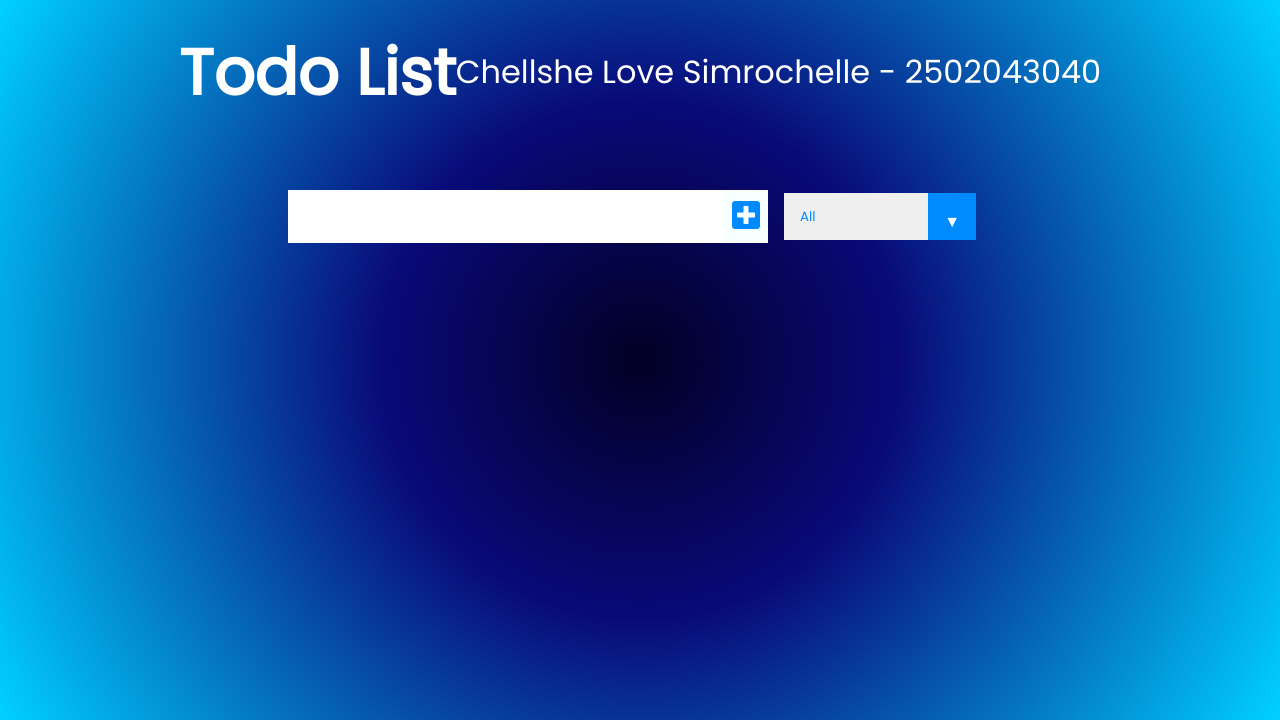
Repository: chellshelove/WADS_Assignment_TodoApp
Page: /
The author's editor kept a copy of each file at every save. The page is drawn from the files as they stood at one save, then again after the next save.
The browser window is 1280 px wide. The pictures show the whole page.
Some web libraries are served in a nearby version. The project was rebuilt for these pictures with package versions that can differ from the ones it lists, and the page was loaded fresh each time. Also part of the build but not shown: src/components/Todo.js.

Above is the page before, as saved 2023-03-09 23:50:33.

### src/App.js
import React, {useState, useEffect} from 'react';
import './App.css';
//importing components
import Form from './components/Form';
import TodoList from './components/TodoList';

function App() {
  const [inputText, setInputText] = useState("");
  const [todos, setTodos] = useState([]);
  const [status, setStatus] = useState("all");
  const [filteredTodos, setFilteredTodos] = useState([]);


  useEffect(() => {
    filterHandler();
    saveLocalTodos();
  }, [todos, status]);

  const filterHandler = () => {
    switch(status){
      case 'completed' :
        setFilteredTodos(todos.filter(todo => todo.completed === true));
        break;
        case 'uncompleted' :
          setFilteredTodos(todos.filter(todo => todo.completed === false));
          break;
          default:
            setFilteredTodos(todos);
            break;
    }
  };

  const saveLocalTodos = () => {
      localStorage.setItem("todos", JSON.stringify("todos"));
  };

  return (
    <div className="todo-app">
      <header>
        <h1>Todo List</h1>
        <p>Chellshe Love Simrochelle - 2502043040</p>
      </header>

      <Form
      inputText={inputText}
      todos={todos}
      setTodos={setTodos}
      setInputText={setInputText}
      setStatus={setStatus}/>
      <TodoList  filteredTodos={filteredTodos} setTodos={setTodos} todos={todos}/>
    </div>
  );
}

export default App;

### src/App.css
* {
  margin: 0;
  padding: 0;
  box-sizing: border-box;
}
body {
  background-image: radial-gradient(circle, rgba(2,0,36,1) 0%, rgba(9,9,121,1) 35%, rgba(0,209,255,1) 100%);
  color: white;
  font-family: "Poppins", sans-serif;
  min-height: 100vh;
}
header {
  font-size: 2rem;
}

header,
form {
  min-height: 20vh;
  display: flex;
  justify-content: center;
  align-items: center;
}
form input,
form button {
  padding: 0.5rem;
  font-size: 2rem;
  border: none;
  background: white;
}
form button {
  color: #008aff;
  background: #f7fffe;
  cursor: pointer;
  transition: all 0.3s ease;
}
form button:hover {
  background: #00ddff;
  color: white;
}
.todo-container {
  display: flex;
  justify-content: center;
  align-items: center;
}

.todo-list {
  min-width: 30%;
  list-style: none;
}

.todo {
  margin: 0.5rem;
  background: white;
  font-size: 1.5rem;
  color: black;
  display: flex;
  justify-content: space-between;
  align-items: center;
  transition: all 1s ease;
}
.filter-todo {
  padding: 1rem;
}
.todo li {
  flex: 1;
}

.trash-btn,
.complete-btn {
  background: #008aff;
  color: black;
  border: none;
  padding: 1rem;
  cursor: pointer;
  font-size: 1rem;
}
.complete-btn {
  background: rgb(11, 212, 162);
}
.todo-item {
  padding: 0rem 0.5rem;
}

.fa-trash,
.fa-check {
  pointer-events: none;
}

.fall {
  transform: translateY(10rem) rotateZ(20deg);
  opacity: 0;
}

.completed {
  text-decoration: line-through;
  opacity: 0.5;
}

/*CUSTOM SELECTOR */
select {
  -webkit-appearance: none;
  -moz-appearance: none;
  -ms-appearance: none;
  appearance: none;
  outline: 0;
  box-shadow: none;
  border: 0 !important;
  background-image: none;
}

/* Custom Select */
.select {
  margin: 1rem;
  position: relative;
  overflow: hidden;
}
select {
  color: #008aff;
  font-family: "Poppins", sans-serif;
  cursor: pointer;
  width: 12rem;
}
/* Arrow */
.select::after {
  content: "\25BC";
  position: absolute;
  top: 0;
  right: 0;
  padding: 1rem;
  background: #008aff;
  cursor: pointer;
  pointer-events: none;
}
/* Transition */
/*
.select:hover::after {
  transform: scale(1.5);
}
*/

### src/components/Form.js
import React from 'react'

const Form = ({setInputText, todos, setTodos, inputText, setStatus}) => {
    const inputTextHandler = (e) => {
        setInputText(e.target.value);
    };
    const submitTodoHandler = (e) => {
        e.preventDefault();
        setTodos ([
            ...todos,
            {text: inputText, completed: false, id: Math.random() * 10000},
        ]);
        setInputText("");
    };
    const statusHandler = (e) => {
      setStatus(e.target.value);
    }
    return(
        <form>
      <input
      value = {inputText}
      onChange={inputTextHandler} type="text" className="todo-input" />
      <button onClick={submitTodoHandler} className="todo-button" type="submit">
        <i className="fas fa-plus-square"></i>
      </button>
      <div className="select">
        <select onChange={statusHandler} name="todos" className="filter-todo">
          <option value="all">All</option>
          <option value="completed">Completed</option>
          <option value="uncompleted">Uncompleted</option>
        </select>
      </div>
    </form>
    );
}

export default Form;

### src/components/TodoList.js
import React from 'react';
import Todo from './Todo';

const TodoList = ({ todos, setTodos, filteredTodos}) => {
    return(
        <div className="todo-container">
             <ul className="todo-list">
                 {filteredTodos.map((todo) => (
                 <Todo
                 setTodos={setTodos}
                 todos={todos}
                 key={todo.id}
                 todo={todo}
                 text={todo.text}/>
                 ))}
            </ul>
        </div>
    );
};

export default TodoList;

Loaded but not shown: public/index.html (common file); src/index.js (common file)

After the next save:
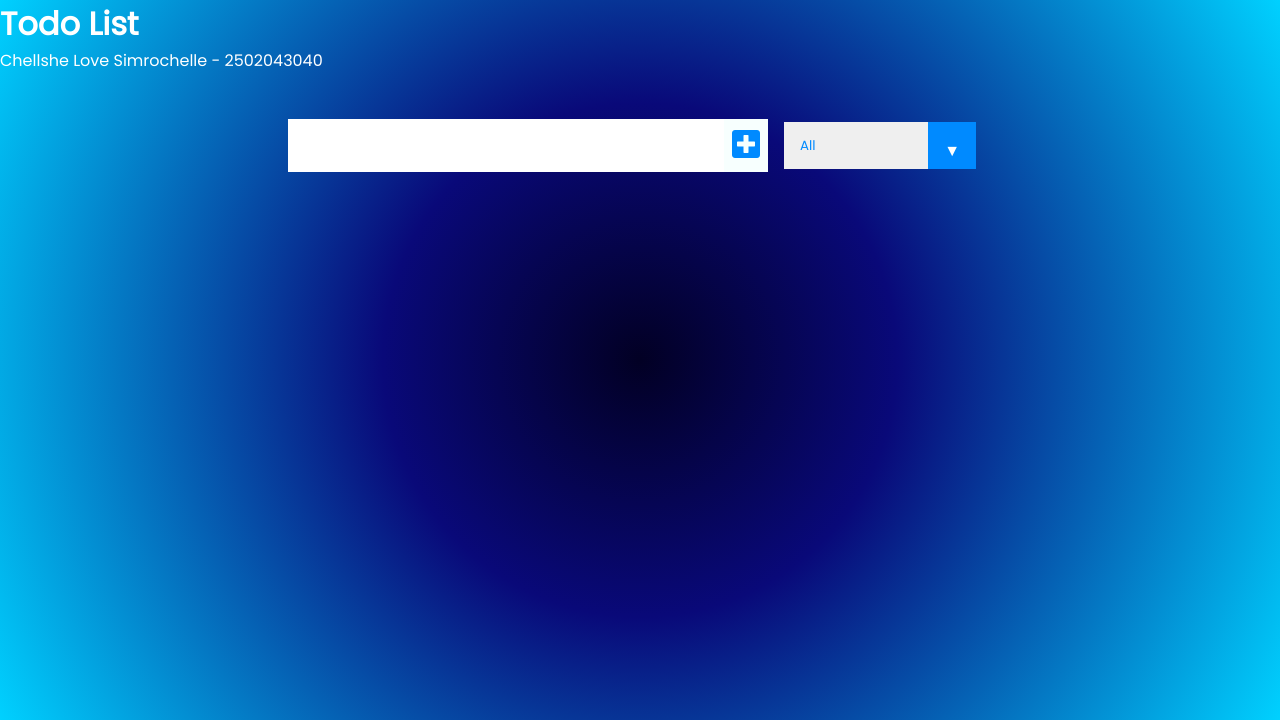
Saved 12 s later.
--- a/src/App.js
+++ b/src/App.js
@@ -36,10 +36,9 @@ function App() {
 
   return (
     <div className="todo-app">
-      <header>
+
         <h1>Todo List</h1>
         <p>Chellshe Love Simrochelle - 2502043040</p>
-      </header>
 
       <Form
       inputText={inputText}
